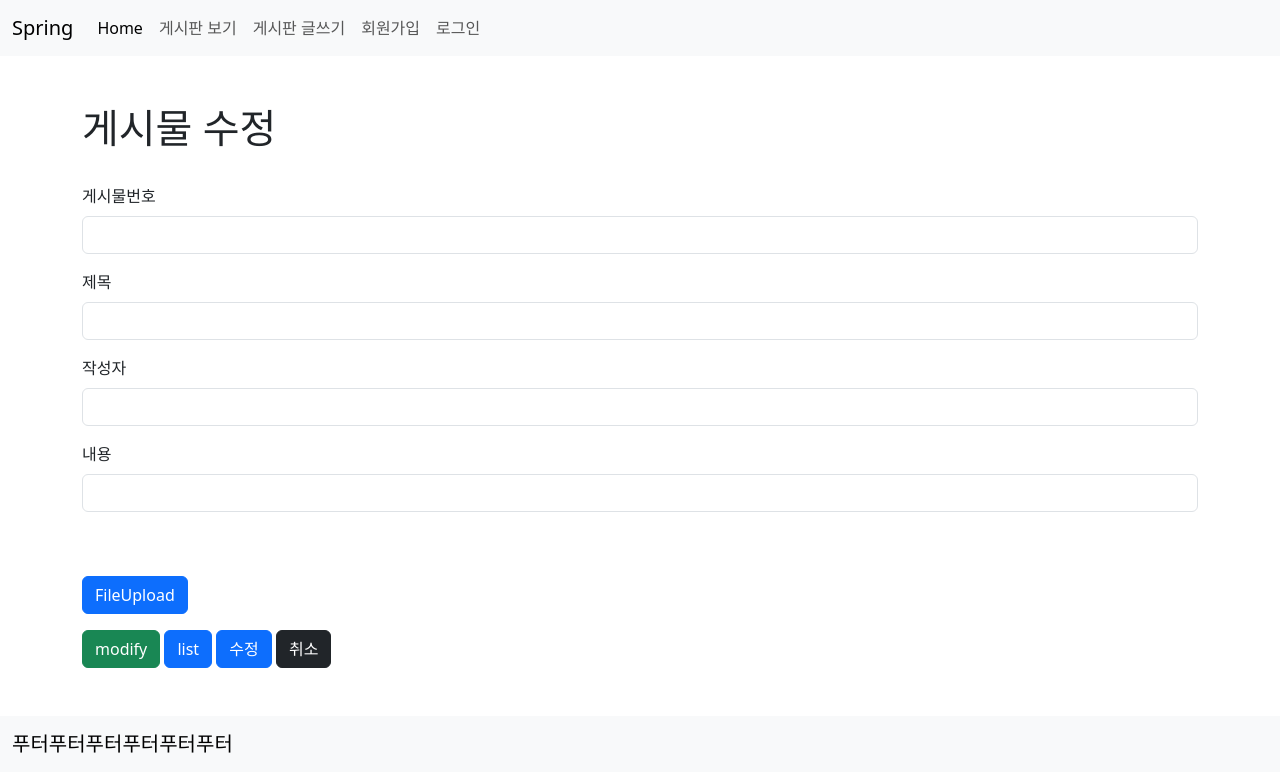
Repository: Jensuchan/spring_solo_project
Page: http://localhost/spring_test/WEB-INF/views/board/modify.jsp
These files come from the project's save history. The page is drawn as it stood at one moment and after the next save; the edit follows.
The browser window is 1280 px wide. The pictures show the whole page.
The page is served by Tomcat 9. Nobody is signed in. The template is opened directly, without the code that normally fills it, so the values that code supplies are empty.

Above is the page before, as saved 2024-01-18 01:29:13.

After the next save:
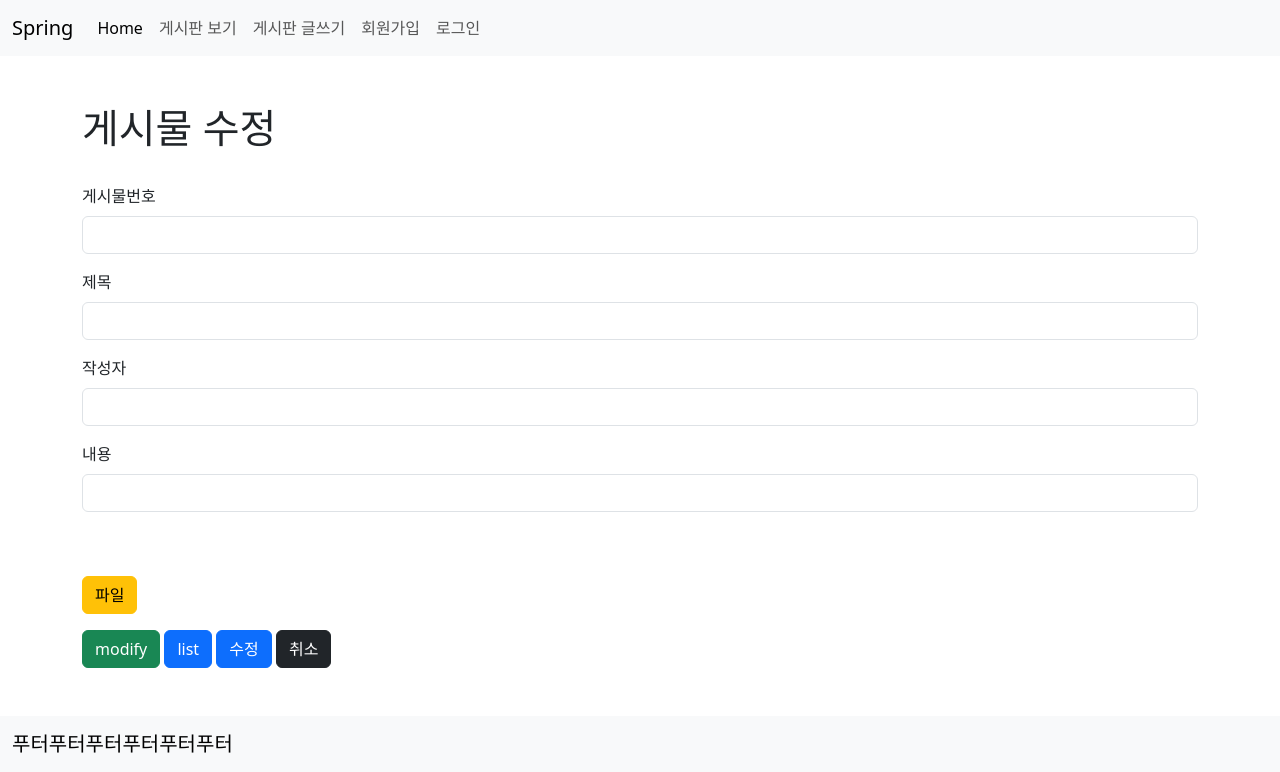
Saved 2 min 25 s later.
--- a/spring_test/src/main/webapp/WEB-INF/views/board/modify.jsp
+++ b/spring_test/src/main/webapp/WEB-INF/views/board/modify.jsp
@@ -53,7 +53,7 @@
 
 			<div class="mb-3">
 		<input type="file" name="files" class="form-control" id="files" multiple style="display: none"> <br>
-		<button type="button" class="btn btn-primary" id="trigger">FileUpload</button>
+		<button type="button" class="btn btn-warning" id="trigger">파일</button>
 	</div>
 	<!-- 파일 목록 표시라인 -->
  	<div class="mb-3" id="fileZone"></div>
